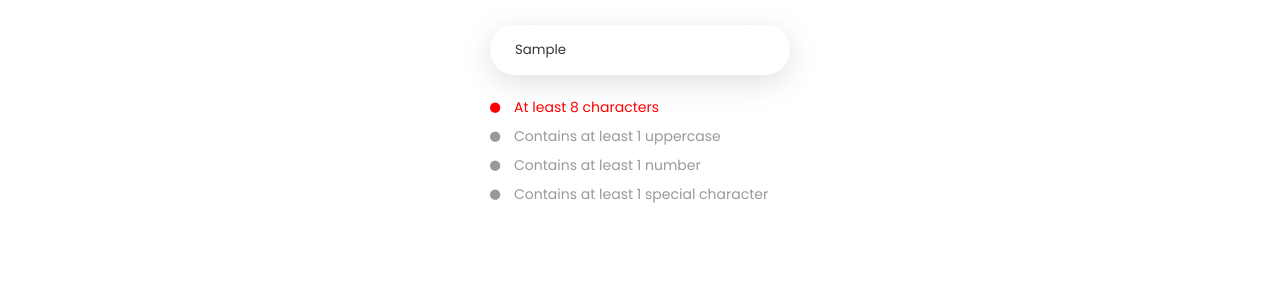
Repository: thuan711/All-about-JS
Page: pass-validation.html
These files come from the project's save history. The page is drawn as it stood at one moment and after the next save; the edit follows.
The browser window is 1280 px wide. The pictures show the whole page.
Empty fields were first filled with sample values (such as "Sample", 5 or name@example.com).
After loading, the first visible `input.input` was changed once.

Above is the page before, as saved 2022-12-30 12:55:29.

### pass-validation.html
<!DOCTYPE html>
<html lang="en">
  <head>
    <meta charset="UTF-8" />
    <meta http-equiv="X-UA-Compatible" content="IE=edge" />
    <title>Input password strength</title>
    <link rel="preconnect" href="https://fonts.gstatic.com" />
    <link
      href="https://fonts.googleapis.com/css2?family=Poppins:wght@400;600&display=swap"
      rel="stylesheet"
    />
    <link
      rel="stylesheet"
      href="https://cdnjs.cloudflare.com/ajax/libs/font-awesome/4.7.0/css/font-awesome.min.css"
      integrity="sha512-SfTiTlX6kk+qitfevl/7LibUOeJWlt9rbyDn92a1DqWOw9vWG2MFoays0sgObmWazO5BQPiFucnnEAjpAB+/Sw=="
      crossorigin="anonymous"
    />
    <style>
        html {
            box-sizing: border-box;
          }
          * {
            margin: 0;
            padding: 0;
          }
          *,
          *:before,
          *:after {
            box-sizing: border-box;
          }
          input,
          textarea,
          select,
          button {
            outline: none;
          }
          input {
            line-height: normal;
          }
          label,
          button {
            cursor: pointer;
          }
          a {
            text-decoration: none;
          }
          img {
            display: block;
            max-width: 100%;
          }
          *,
          *:before,
          *:after {
            box-sizing: border-box;
          }
          /* using rem unit */
          html {
            font-size: 62.5%;
          }
          a {
            text-decoration: none;
          }
          img {
            display: block;
            max-width: 100%;
          }
          body {
            font-family: "Poppins", sans-serif;
            font-size: 16px;
            line-height: 1;
          }

          .input {
            background-color: white;
            border: 0;
            border-radius: 50px;
            padding: 15px 25px;
            padding-right: 50px;
            color: #333;
            font-family: "Poppins", sans-serif;
            display: block;
            box-shadow: rgba(100, 100, 111, 0.2) 0px 7px 29px 0px;
            width: 100%;
          }
          .input.invalid + .input-icons .fa-times,
          .input.valid + .input-icons .fa-check {
            opacity: 1;
            visibility: visible;
            transform: scale(1);
          }
          .input-wrapper {
            position: relative;
            width: 300px;
            margin: 25px auto;
          }
          .input-icons {
            position: absolute;
            top: 50%;
            transform: translateY(-50%);
            right: 25px;
            display: flex;
            justify-content: center;
            align-items: center;
          }
          .input-icons i {
            color: white;
            width: 20px;
            height: 20px;
            border-radius: 20px;
            display: flex;
            justify-content: center;
            align-items: center;
            font-size: 10px;
            opacity: 0;
            visibility: hidden;
            transform: scale(0);
            transition: all 0.2s ease;
            position: absolute;
          }
          .fa-check {
            background-color: #20e3b2;
          }
          .fa-times {
            background-color: #fc5776;
          }
          .check-list {
            margin-top: 25px;
            font-size: 14px;
            font-weight: 300;
            color: #999;
          }
          .check-item {
            margin-bottom: 15px;
          }
          .check-item.active {
            color: #20e3b2;
          }
          .check-item.unactive {
            color: #f00;
          }
          .check-item i {
            font-size: 12px;
            color: inherit;
            margin-right: 10px;
          }
    </style>
  </head>
  <body>
    <div class="input-wrapper">
      <input type="text" class="input" placeholder="Your password" />
      <div class="input-icons">
        <i class="fa fa-check"></i>
        <i class="fa fa-times"></i>
      </div>
      <div class="check-list">
        <div class="check-item check-length" data-validation="length">
          <i class="fa fa-circle"></i> At least 8 characters
        </div>
        <div class="check-item check-upper">
          <i class="fa fa-circle"></i> Contains at least 1 uppercase
        </div>
        <div class="check-item check-number">
          <i class="fa fa-circle"></i> Contains at least 1 number
        </div>
        <div class="check-item check-special">
          <i class="fa fa-circle"></i> Contains at least 1 special character
        </div>
      </div>
    </div>
    <script src="event/pass-validation.js"></script>
  </body>
</html>

### event/pass-validation.js
window.addEventListener("load", function(){
    const passwordInput = document.querySelector(".input");
    passwordInput.addEventListener("input", function(e){
        const value = e.target.value;
        const checkLenghtClass = e.target.parentNode.querySelector(".check-length");
        const checkUpperClass = e.target.parentNode.querySelector(".check-upper");
        const checkNumberClass = e.target.parentNode.querySelector(".check-number");
        const checkSpecialClass = e.target.parentNode.querySelector(".check-special");
        const checkItems = e.target.parentNode.querySelector(".check-item");
        if(!value){
            [...checkItems].forEach((item) =>{
                item.classList.remove("active");
                item.classList.remove("unactive");
            });
            return;
        }
        if(value.length < 8){
            checkLenghtClass.classList.add("unactive");
            checkLenghtClass.classList.remove("active");
        } else{
            checkLenghtClass.classList.add("active");
            checkLenghtClass.classList.remove("unactive");
        }

        if(!/A-Z/.test(value)){
            checkUpperClass.classList.add("uunactive");
            checkUpperClass.classList.remove("active");
        } else {
            checkUpperClass.classList.add("active");
            checkUpperClass.classList.remove("unactive");
        }

        if(!/0-9/.test(value)){
            checkNumberClass.classList.add("uunactive");
            checkNumberClass.classList.remove("active");
        } else {
            checkNumberClass.classList.add("active");
            checkNumberClass.classList.remove("unactive");
        }

        if(!/[$@%^&*()!|-]/.test(value)){
            checkSpecialClass.classList.add("uunactive");
            checkSpecialClass.classList.remove("active");
        } else {
            checkSpecialClass.classList.add("active");
            checkSpecialClass.classList.remove("unactive");
        }
    });
});

After the next save:
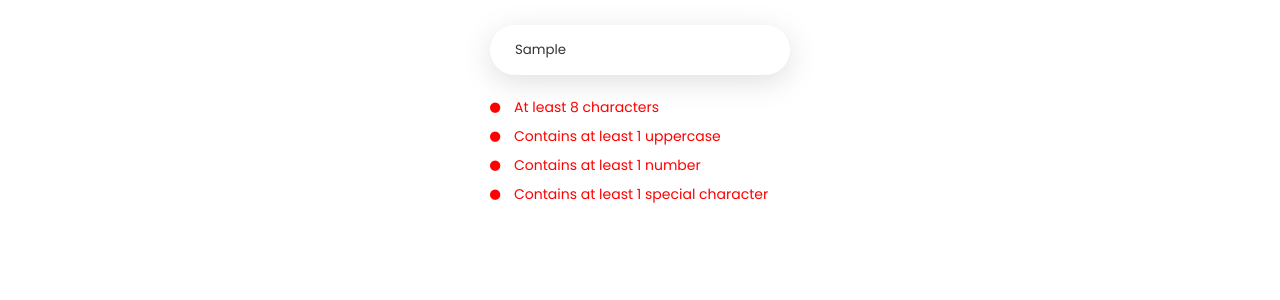
Saved 83 s later.
--- a/event/pass-validation.js
+++ b/event/pass-validation.js
@@ -23,7 +23,7 @@ window.addEventListener("load", function(){
         }
 
         if(!/A-Z/.test(value)){
-            checkUpperClass.classList.add("uunactive");
+            checkUpperClass.classList.add("unactive");
             checkUpperClass.classList.remove("active");
         } else {
             checkUpperClass.classList.add("active");
@@ -31,7 +31,7 @@ window.addEventListener("load", function(){
         }
 
         if(!/0-9/.test(value)){
-            checkNumberClass.classList.add("uunactive");
+            checkNumberClass.classList.add("unactive");
             checkNumberClass.classList.remove("active");
         } else {
             checkNumberClass.classList.add("active");
@@ -39,7 +39,7 @@ window.addEventListener("load", function(){
         }
 
         if(!/[$@%^&*()!|-]/.test(value)){
-            checkSpecialClass.classList.add("uunactive");
+            checkSpecialClass.classList.add("unactive");
             checkSpecialClass.classList.remove("active");
         } else {
             checkSpecialClass.classList.add("active");
